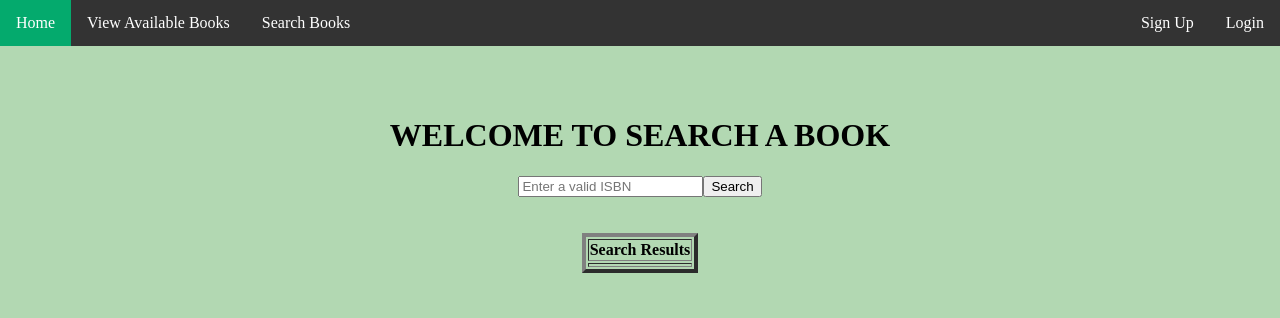
Repository: sach7691/online-book-store-application
Page: http://localhost/online-book-store-application/search_book.jsp
The author's editor kept a copy of each file at every save. The page is drawn from the files as they stood at one save, then again after the next save.
The browser window is 1280 px wide. The pictures show the whole page.
The page is served by Tomcat 9. Nobody is signed in. The application's start-up code is not run. Other server files are loaded and not shown. The template is opened directly, without the code that normally fills it, so the values that code supplies are empty.

Above is the page before, as saved 2022-08-17 11:23:41.

### online-book-store-application/src/main/webapp/search_book.jsp
<%@ page language="java" contentType="text/html; charset=ISO-8859-1"
    pageEncoding="ISO-8859-1"%>
<%@ taglib uri="http://java.sun.com/jsp/jstl/core" prefix="c" %>
<%@ page import="java.util.List" %>
<%@page import="com.ab.models.Book" %>
<!DOCTYPE html>
<html>
<head>
<meta charset="ISO-8859-1">
<meta name="viewport" content="width=device-width, initial-scale=1.0">
<title>view books</title>
<style>
body {margin: 0;
 background: rgba(0, 128, 0, 0.3);}

 h1{
 text-align: center;
  padding-top: 50px;

 }
 letter {
   color: #ea503f;
   font-family: Arial;
 }

ul.topnav {
  list-style-type: none;
  margin: 0;
  padding: 0;
  overflow: hidden;
  background-color: #333;
}

ul.topnav li {float: left;}

ul.topnav li a {
  display: block;
  color: white;
  text-align: center;
  padding: 14px 16px;
  text-decoration: none;
}

ul.topnav li a:hover:not(.active) {background-color: #111;}

ul.topnav li a.active {background-color: #04AA6D;}

ul.topnav li.right {float: right;}

@media screen and (max-width: 600px) {
  ul.topnav li.right,
  ul.topnav li {float: none;}
}
</style>
</head>
</head>
<body>
<%
Book searchBook =(Book)session.getAttribute("searchBook");
%>
<form action="http://localhost:8080/online-book-store-application/SerachBookServlet"  method="POST">
<div>
<ul class="topnav">
  <li><a class="active" href="welcome.jsp">Home</a></li>
  <li><a href="view_books.jsp">View Available Books</a></li>
  <li><a href="search_book.jsp">Search Books</a></li>
  <li class="right"><a href="login.jsp">Login</a></li>
  <li class="right"><a href="index.jsp">Sign Up</a></li>

</ul>
</div>

<div class="letter"><h1>WELCOME TO SEARCH A BOOK</h1> </div>
 <center><input type="text" name="search" placeholder="Enter a valid ISBN"><input type="submit"  value="Search"></center>
<center>
<br>
<br>
<table border="4">
  <tr>
    <th>Search Results</th>
  </tr>
        <tr>
            <td>${searchBook}</td>
        </tr>
</table>
</center>
</form>

</body>
</html>

After the next save:
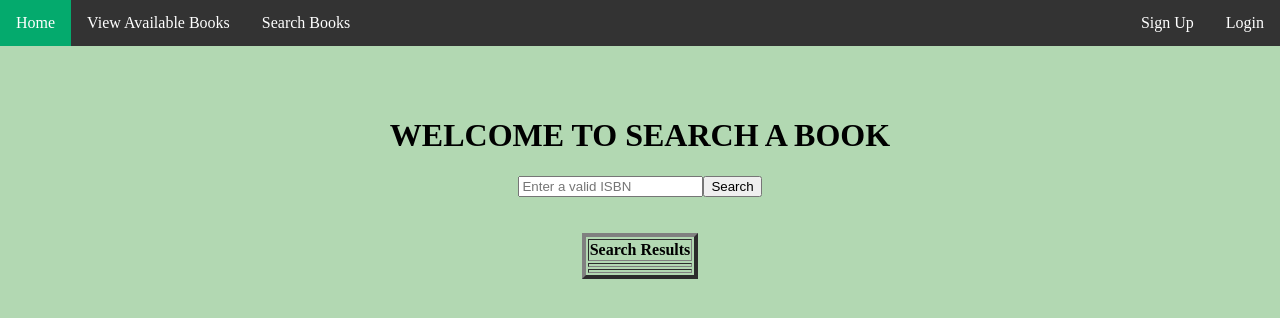
Saved 3 min 46 s later.
--- a/online-book-store-application/src/main/webapp/search_book.jsp
+++ b/online-book-store-application/src/main/webapp/search_book.jsp
@@ -79,6 +79,9 @@ Book searchBook =(Book)session.getAttribute("searchBook");
   <tr>
     <th>Search Results</th>
   </tr>
+         <tr>
+            <td>${searchBook}</td>
+        </tr>
         <tr>
             <td>${searchBook}</td>
         </tr>
